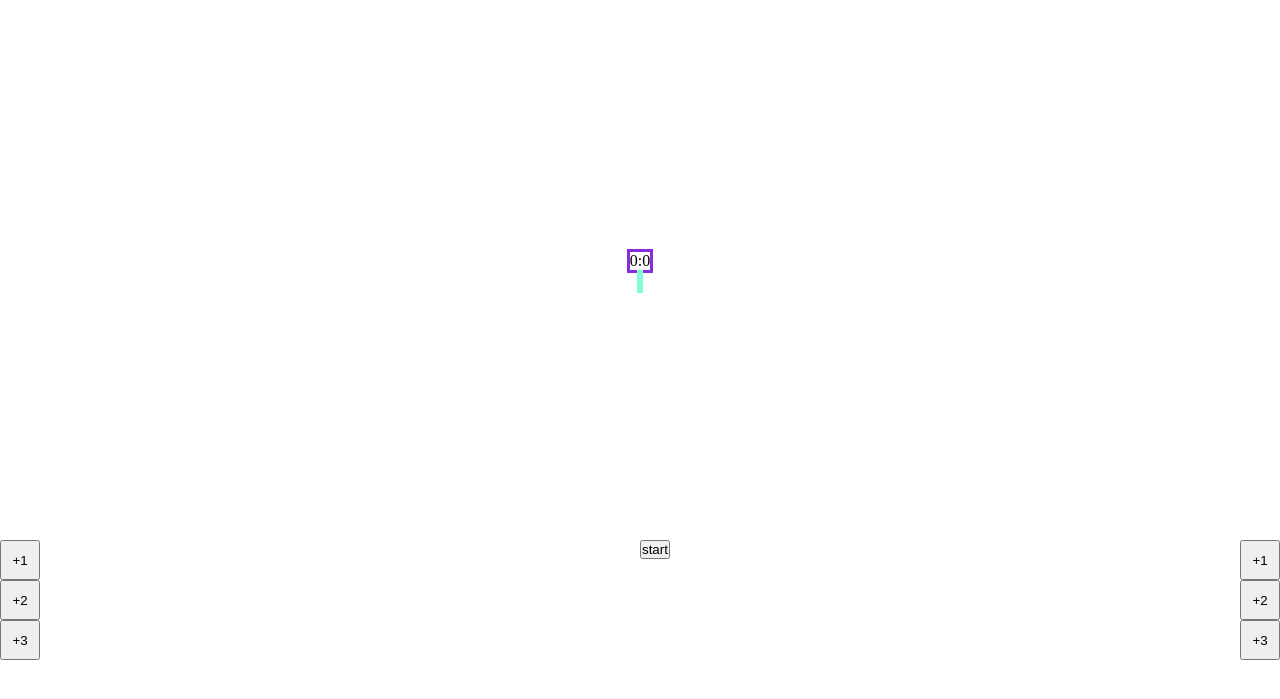
Repository: bollo89/scoreBoard
Page: index.html
The author's editor kept a copy of each file at every save. The page is drawn from the files as they stood at one save, then again after the next save.
The browser window is 1280 px wide. The pictures show the whole page.

Above is the page before, as saved 2022-01-25 13:07:15.
Console error: ReferenceError: interval is not defined

### index.html
<!DOCTYPE html>
<html lang="en">
<head>
    <meta charset="UTF-8">
    <meta http-equiv="X-UA-Compatible" content="IE=edge">
    <meta name="viewport" content="width=device-width, initial-scale=1.0">
    <link rel="stylesheet" href="./style.css">
    <title>Document</title>
</head>
<body>
    <div class="tablica">
        <div class="wynik">
            <div class="home"></div>
            <div class="colon">:</div>
            <div class="away"></div>
        </div>
        <div><span class="timer"></span></div>
    </div>
    <div class="menu">
        <div class="btnsH">
            <div><button class="btn1h">+1</button></div>
            <div><button class="btn2h">+2</button></div>
            <div><button class="btn3h">+3</button></div>
        </div>
        <div class="centralMenu">
            <button class="btnTimer">start</button>
        </div>
        <div class="btnsA">
            <div><button class="btn1a">+1</button></div>
            <div><button class="btn2a">+2</button></div>
            <div><button class="btn3a">+3</button></div>
        </div>
    </div>
    </body>
<script src="./script.js"></script>
</body>
</html>

### style.css
* {
    margin: 0;
    padding: 0;
}
.tablica {
    height: 75vh;
    width: 100%;
    display: flex;
    flex-direction: column;
    align-items: center;
    justify-content: center;
}

.wynik {
    display: flex;
    flex-direction: row;
    border: 3px solid blueviolet;
}
.timer {
    border: 3px solid aquamarine;
}

.menu {
    height: 25vh;
    width: 100%;
    display: flex;
    flex-direction: row;
    justify-content: space-between;
    font-size: 0;
}
.btnsH {
    display: flex;
    flex-direction: column;
    align-items: flex-start;
}
.btnsA {
    display: flex;
    flex-direction: column;
    align-items: flex-end;
}
.btn1h, .btn2h, .btn3h, .btn1a , .btn2a, .btn3a {
    height: 3em;
    width: 3em;
}
.centralMenu {
    width: 3em;
    height: 3em;
    justify-content: center;
}

### script.js
let home = document.querySelector('.home');
let n = 0;
home.innerHTML = n;

let away = document.querySelector('.away');
let m = 0;
away.innerHTML = m;

let btn1h = document.querySelector('.btn1h');
let btn2h = document.querySelector('.btn2h');
let btn3h = document.querySelector('.btn3h');
let btn1a = document.querySelector('.btn1a');
let btn2a = document.querySelector('.btn2a');
let btn3a = document.querySelector('.btn3a');
//punkty po lewej
function score1home() {
    n+=1;
    home.innerHTML = n;
    console.log(n);
}
function score2home() {
    n+=2;
    home.innerHTML = n;
    console.log(n);
}
function score3home() {
    n+=3;
    home.innerHTML = n;
    console.log(n);
}
//punkty po prawej
function score1away() {
    m+=1;
    away.innerHTML = m;
    console.log(m);
}
function score2away() {
    m+=2;
    away.innerHTML = m;
    console.log(m);
}
function score3away() {
    m+=3;
    away.innerHTML = m;
    console.log(m);
}

//przyciskibtn1.addEventListener('click',score1home,false);
btn1h.addEventListener('click',score1home,false);
btn2h.addEventListener('click',score2home,false);
btn3h.addEventListener('click',score3home,false);
btn1a.addEventListener('click',score1away,false);
btn2a.addEventListener('click',score2away,false);
btn3a.addEventListener('click',score3away,false);

// setInterval(myTimer, 1000);

function timer5min() {

    const startMin = 5;
    let time = startMin *60;

    const timerEl = document.querySelector('.timer');
    function updateCounter() {
        const minutes = Math.floor(time / 60);
        let seconds = time % 60;
        seconds = seconds < 5 ? '0' + seconds : seconds;
        timerEl.innerHTML= `${minutes}:${seconds}`;
        time--
    }
}

let btn5min = document.querySelector('.btnTimer');
btn5min.addEventListener('click',interval(timer5min,1000),false);

After the next save:
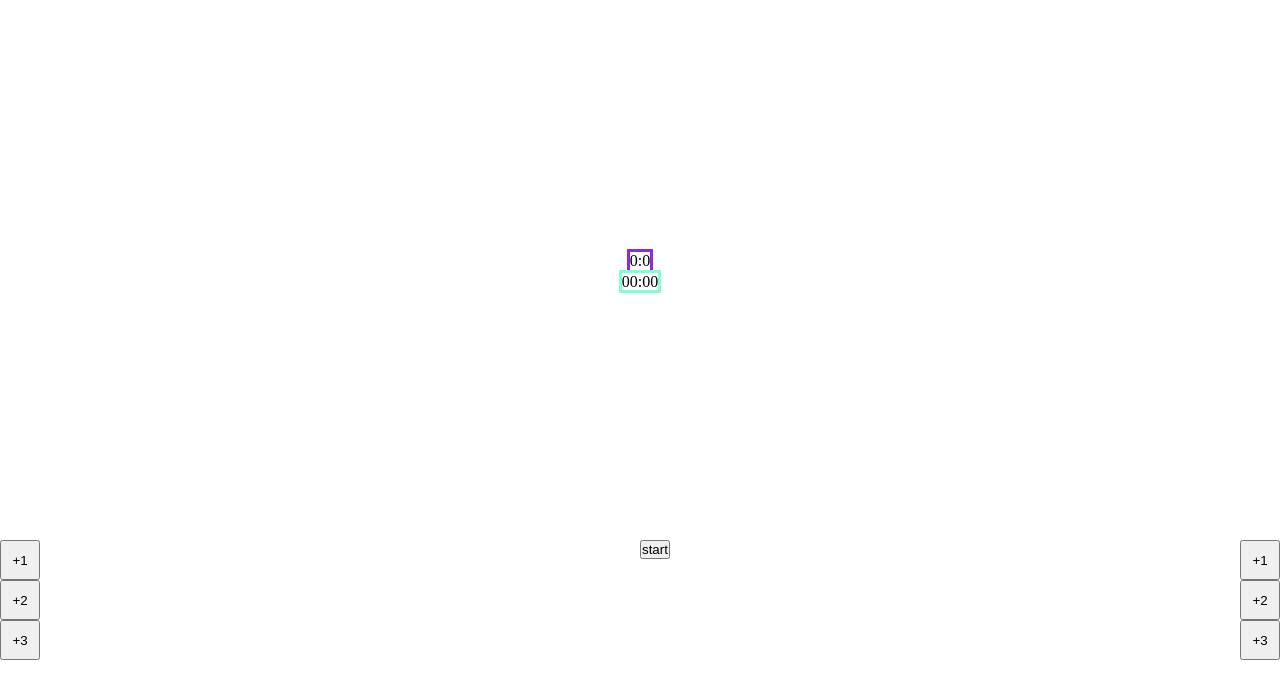
Saved 7 s later.
--- a/index.html
+++ b/index.html
@@ -14,7 +14,7 @@
             <div class="colon">:</div>
             <div class="away"></div>
         </div>
-        <div><span class="timer"></span></div>
+        <div><span class="timer">00:00</span></div>
     </div>
     <div class="menu">
         <div class="btnsH">
